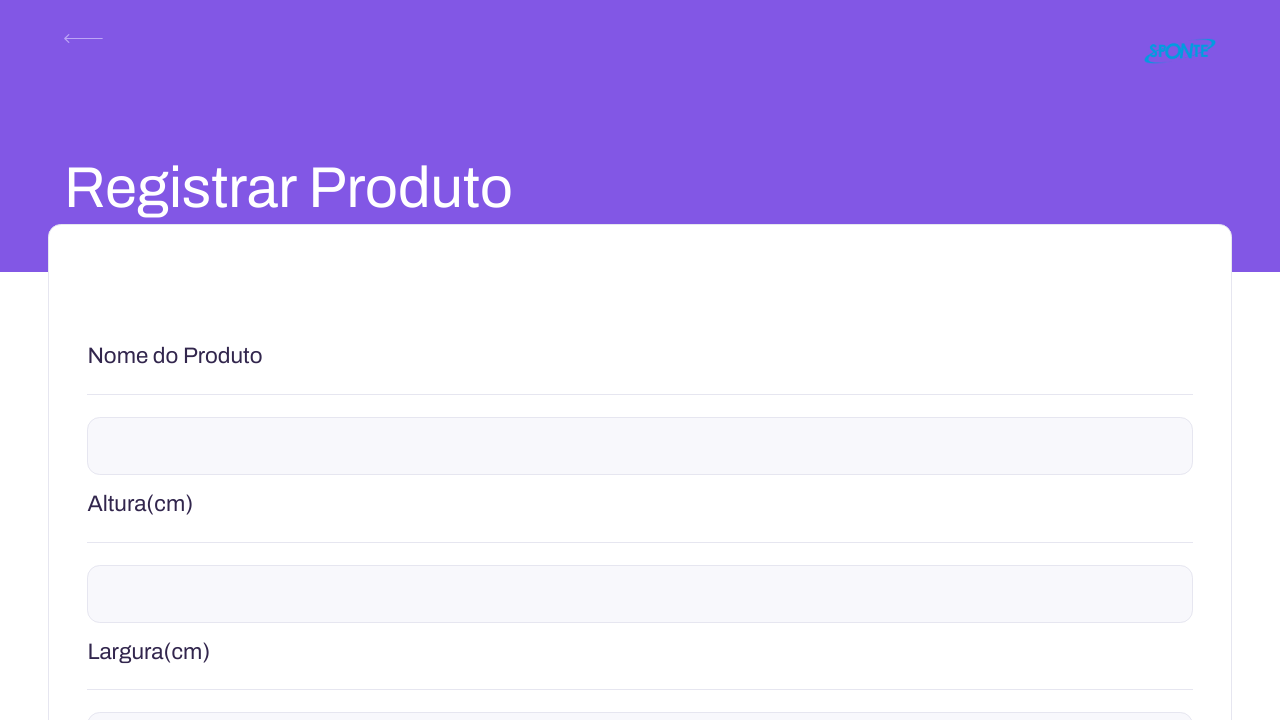
Repository: Henrique-Hoi-Dev/avalia-o-front-end
Page: /record-product (app in web/)
These files come from the project's save history. The page is drawn as it stood at one moment and after the next save; the edit follows.
The browser window is 1280 px wide. The pictures show the whole page.
An inner scrolling area shows only its first screen. The project was rebuilt for these pictures with package versions that can differ from the ones it lists, and the page was loaded fresh each time. Also part of the build but not shown: web/src/pages/Home/styles.js, web/src/pages/Home/index.js, web/src/components/HeaderList/styles.js, web/src/components/HeaderList/index.js, web/src/pages/ListProduct/styles.js, web/src/pages/ListProduct/index.js.

Above is the page before, as saved 2020-09-01 21:11:41.

After the next save:
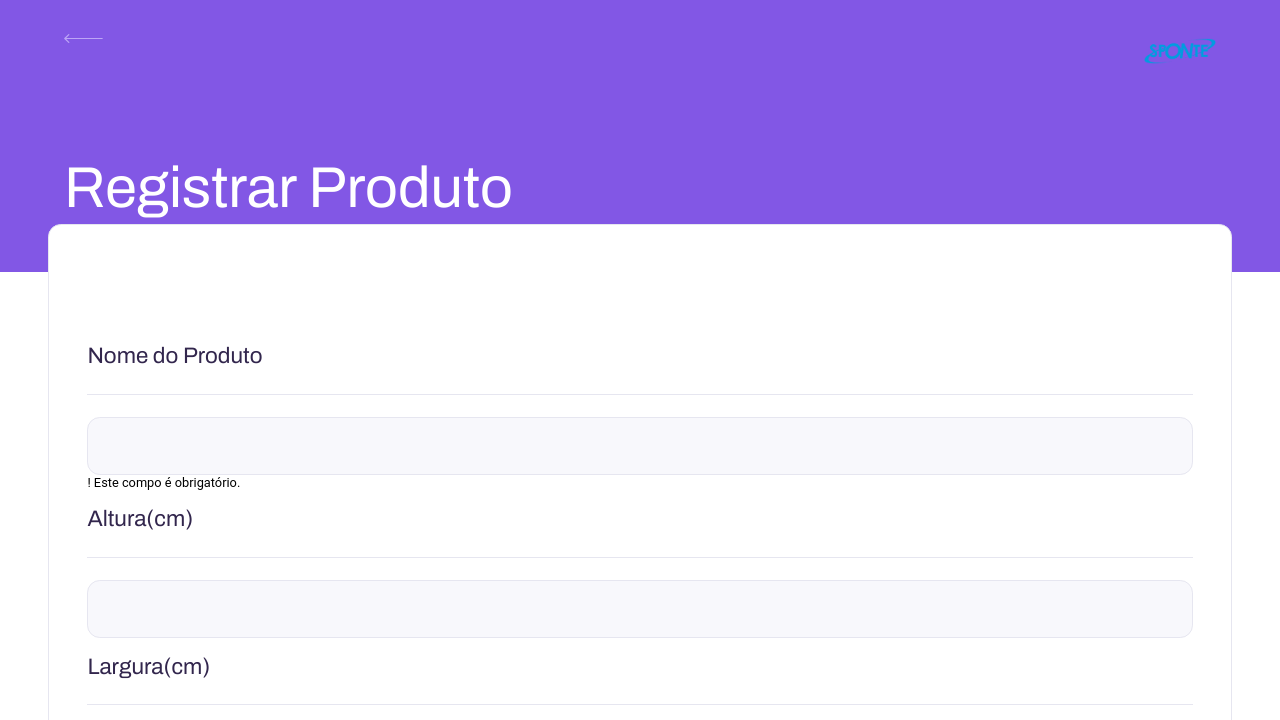
Saved 102 s later.
--- a/web/src/pages/RegistrationProduct/index.js
+++ b/web/src/pages/RegistrationProduct/index.js
@@ -49,12 +49,12 @@ function RegistrationProduct() {
             diaDaSemana: 'domingo',
             horario: '',
           }}
-          render={({ values }) => (
+          render={({ values, errors }) => (
             <Form className="form-input">
               <div className="header-title">
                 <label htmlFor="name">Nome do Produto</label>
                 <Field name="name" type="text" />
-
+                <span>{errors.name}</span>
                 <label htmlFor="altura">Altura(cm)</label>
                 <Field name="altura" type="number" />
 
